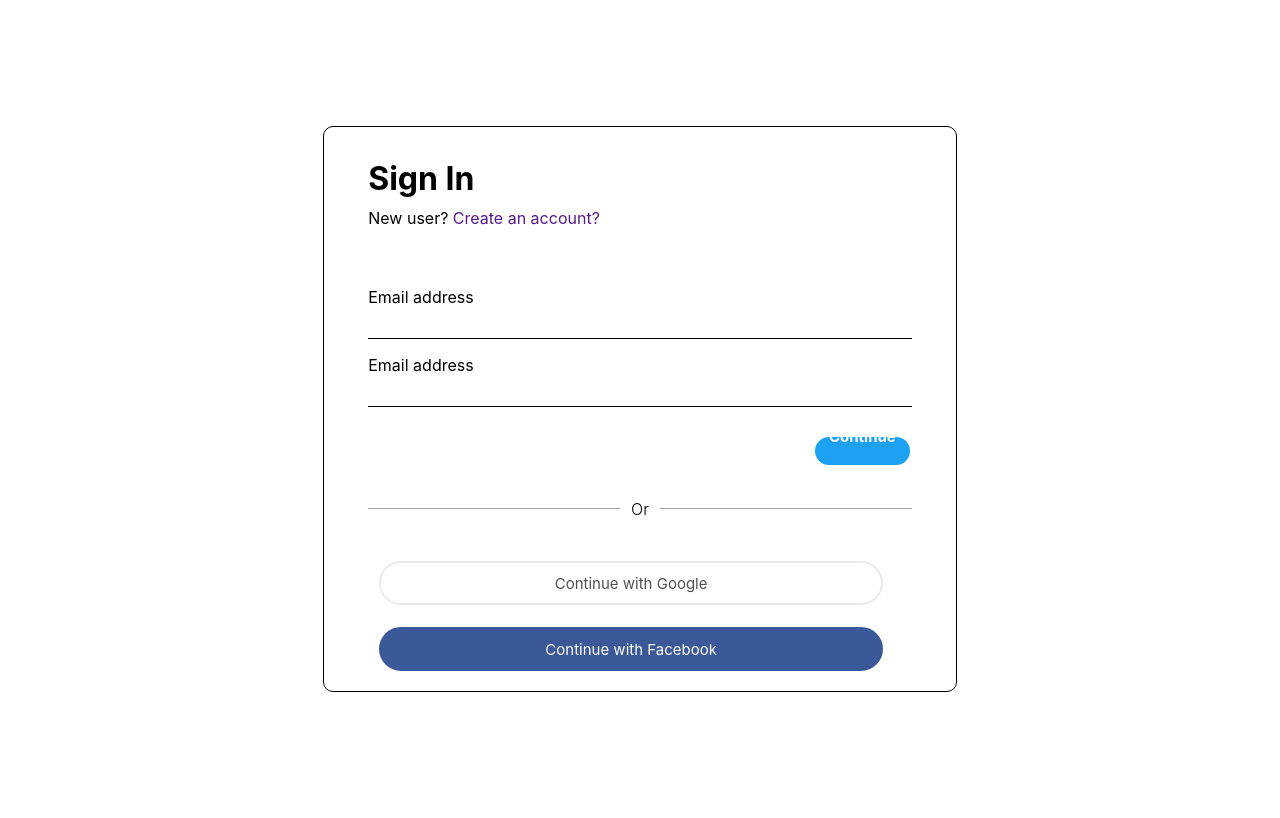
Repository: thangluu93/WereWolf
Page: Template/signIn.html
The author's editor kept a copy of each file at every save. The page is drawn from the files as they stood at one save, then again after the next save.
The browser window is 1280 px wide. The pictures show the whole page.

Above is the page before, as saved 2020-01-13 15:14:38.

### Template/signIn.html
<html>

<head>

    <link rel="stylesheet" href="../Stylesheet/signInStyle.css">
</head>

<body id="body1">
    <div class="container" id="container1">
        <div class="containerBody" id="containerBody1">
            <div class="border" id="border1">
                <div class="content" id="content1">
                    <div class="contentHeader">
                        <h1 class="Heading">Sign In</h1>
                        <p class="subHead">New user? <a href="">Create an account?</a></p>
                    </div>
                    <div class="fieldLayout">
                        <div class="fieldContainer" >
                            <div >
                                <p style="margin-bottom: 0;"> Email address </p>
                                <input type="email" class="field">
                            </div>
                            <div >
                                <p style="margin-bottom: 0;"> Email address </p>
                                <input type="email" class="field">
                            </div>
                        </div>
                        <div class="emailContinue">
                            <button class="emailContinueBtn ">
                                <span>Continue</span>
                            </button>
                        </div>
                    </div>
                    <div class="contentFooter">
                        <strong class="line">Or</strong>
                        <div class="socialSignIn" id="socialSignIn1">
                            <a href="" class="googleSignIn">
                                <!-- <svg viewBox="0 0 1152 1152" focusable="false" aria-hidden="true" role="img"
                                class="googleIconSvg">
                                <path
                                    d="M1055.994 594.42a559.973 559.973 0 0 0-8.86-99.684h-458.99V683.25h262.28c-11.298 60.918-45.633 112.532-97.248 147.089v122.279h157.501c92.152-84.842 145.317-209.78 145.317-358.198z"
                                    fill="#4285f4"></path>
                                <path
                                    d="M588.144 1070.688c131.583 0 241.9-43.64 322.533-118.07l-157.5-122.28c-43.64 29.241-99.463 46.52-165.033 46.52-126.931 0-234.368-85.728-272.691-200.919H152.636v126.267c80.19 159.273 245 268.482 435.508 268.482z"
                                    fill="#34a853"></path>
                                <path
                                    d="M315.453 675.94a288.113 288.113 0 0 1 0-185.191V364.482H152.636a487.96 487.96 0 0 0 0 437.724z"
                                    fill="#fbbc05"></path>
                                <path
                                    d="M588.144 289.83c71.551 0 135.792 24.589 186.298 72.88l139.78-139.779C829.821 144.291 719.504 96 588.143 96c-190.507 0-355.318 109.21-435.508 268.482L315.453 490.75c38.323-115.19 145.76-200.919 272.691-200.919z"
                                    fill="#ea4335"></path>
                            </svg> -->
                                <span>Continue with Google</span>
                            </a>
                            <a href="" class="facebookSignIn">
                                <!-- <svg viewBox="0 0 1152 1152" class="facebookIconSvg" aria-hidden="true" data-prefix="fab" data-icon="facebook-f"
                                role="img" xmlns="http://www.w3.org/2000/svg" viewBox="0 0 264 512" data-fa-i2svg="">
                                <path fill="currentColor"
                                    d="M76.7 512V283H0v-91h76.7v-71.7C76.7 42.4 124.3 0 193.8 0c33.3 0 61.9 2.5 70.2 3.6V85h-48.2c-37.8 0-45.1 18-45.1 44.3V192H256l-11.7 91h-73.6v229">
                                </path>
                            </svg> -->
                                <span>Continue with Facebook</span>

                            </a>

                        </div>
                    </div>
                </div>

            </div>
        </div>
    </div>
</body>

</html>

### Stylesheet/signInStyle.css
.containerBody{
    margin: 0;
    padding: 0;
    width: 100%;
}

#containerBody1{
  width: 100%;

}

#content1{

    display: flex;
    flex-direction: column;


}

.content{
    height: 90%;
    padding: 5% 7% 7% 7%;
}

.border{
    width: 50%;
    height: 80%;
}

#border1{
    border: 1px solid black;
    border-radius: 10px;   ;

    margin: 10% auto;
    justify-content: center;
    align-items: center;

}

.socialSignIn a{
    margin: 2%;
    width: 92%;
    height: 2.5rem;
    display: flex;
    align-items: center;
    justify-content: center;
    font-size: 15px;
}

.socialSignIn{
    margin-top: 2rem;
}

#socialSignIn1{
    display: flex;
    flex-direction: column;
}

.googleSignIn,.facebookSignIn,.twitterSignIn{
    border: 2px;
    border-style: solid;
    border-radius: 100px;
}

.subHead{
    margin: 10px 0 0 0;
}

.heading{
    margin: 0;
}

p {
    font-family: adobe-clean,"Source Sans Pro",-apple-system,BlinkMacSystemFont,"Segoe UI",Roboto,sans-serif;
}

h1{
    font-family: adobe-clean,"Source Sans Pro",-apple-system,BlinkMacSystemFont,"Segoe UI",Roboto,sans-serif;
    font-size: 32px;
}

span{
    font-family: adobe-clean,"Source Sans Pro",-apple-system,BlinkMacSystemFont,"Segoe UI",Roboto,sans-serif;
}

a{
    text-decoration: none;
}



.fieldContainer{
    margin: 0 0 5% 0;
}

.emailContinueBtn{
    display: flex;
    box-shadow: none;
    background-color: #1da1f2;
    color: white;
    border: none;
    outline: none;
    border-width: 2px;
    border-style: solid;
    border-radius: 16px;
    height: 32px;
    min-width: 72px;
    padding: 0 14px 0;
    font-size: 15px;
    font-weight: 700;
    line-height: 0;
    justify-content: center;
}

.emailContinue{
    display: flex;
    align-items: flex-end;
    flex-direction: column;
}

.googleSignIn{
    border-color: #eaeaea;
    color: #505050;
}

.facebookSignIn{
    border-color:#3b5998;
    background-color: #3b5998;
    color: white;
}

.twitterSignIn{
    color: white;
    border-color: #1da1f2;
    background-color: #1da1f2;
}

.line {
    display: flex;
    z-index: 1;
    position: relative;
    width: 100%;
    color: black;
    justify-content: center;
    font-weight: 300;
    font-family: adobe-clean,"Source Sans Pro",-apple-system,BlinkMacSystemFont,"Segoe UI",Roboto,sans-serif
}

.line:before {
    width: 40px;
    height: 10px;
    background-color: white;
    margin-top: -5px;
    margin-left: -20px;
    margin-right: 0px;
    margin-bottom: 0px;
    position: absolute;
    left: 50%;
    top: 50%;
    z-index: -1;
    content: '';
}

.line:after {
    border-bottom: 1px solid #a4a5ac;
    display: block;
    position: absolute;
    top: 49%;
    width: 100%;
    z-index: -2;
    content: '';
}

.fieldLayout{
    margin: 8% 0 2rem 0 ;
}

.inputBox{
    position: relative;
}

.field{
    width: 100%;
    height: 2rem;
    margin:0;
    border-color: black;
    border-top: 0;
    border-left: 0;
    border-right: 0;
    border-bottom: 1px;
    border-style: solid;
    font-size: 16px;
    outline: none;
    background: transparent;
}

After the next save:
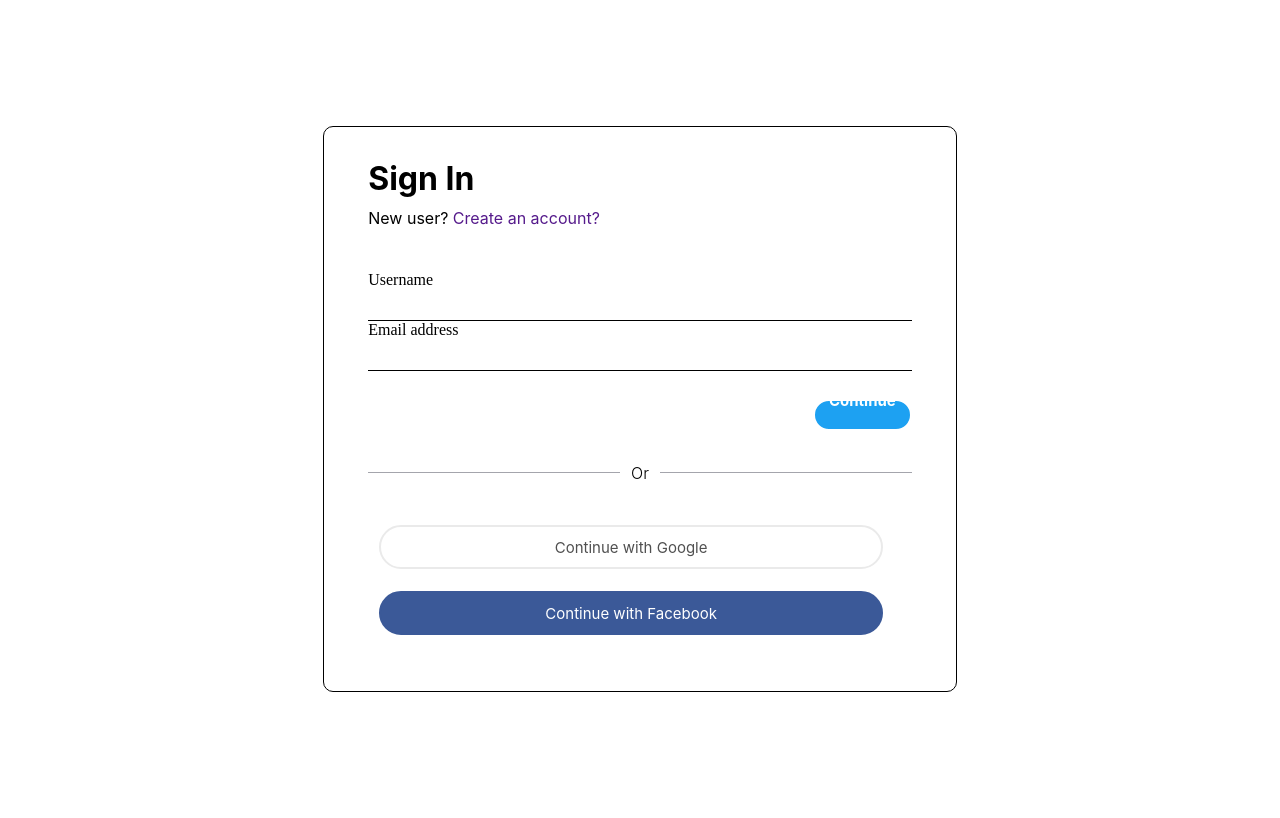
Saved 25 s later.
--- a/Template/signIn.html
+++ b/Template/signIn.html
@@ -16,12 +16,12 @@
                     </div>
                     <div class="fieldLayout">
                         <div class="fieldContainer" >
-                            <div >
-                                <p style="margin-bottom: 0;"> Email address </p>
+                            <div class="inputBox" >
+                                <label>Username</label>
                                 <input type="email" class="field">
                             </div>
-                            <div >
-                                <p style="margin-bottom: 0;"> Email address </p>
+                            <div class="inputBox" >
+                                <label> Email address </label>
                                 <input type="email" class="field">
                             </div>
                         </div>
